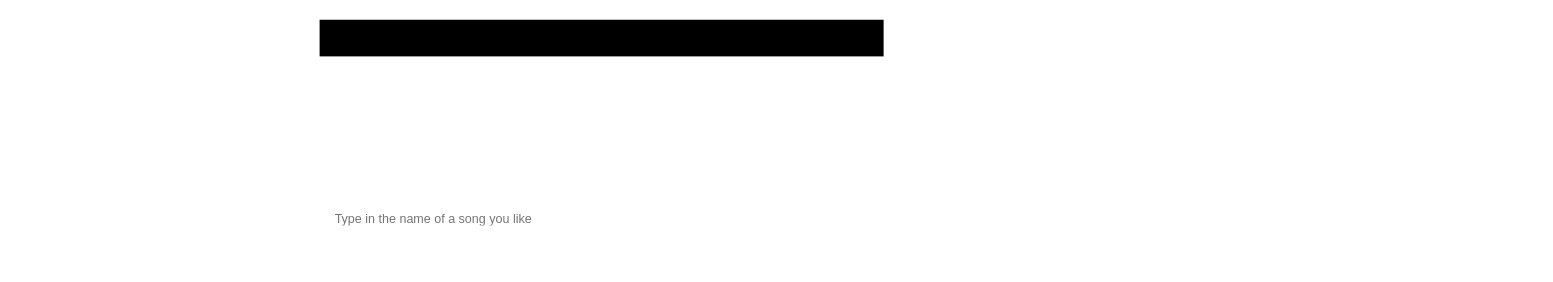
Repository: hideodaikoku/placy-jr
Page: /
An editor plug-in stored every save of this project. The page is shown before and after a run of saves, followed by the edit.
The browser window is 1280 px wide. The page is 1652 px wide, then 1312 px, so the pictures cover 1652 px, including what lies to the right of the window. The pictures show the whole page, at 94% of full size.
The project was rebuilt for these pictures with package versions that can differ from the ones it lists, and the page was loaded fresh each time.

Above is the page before, as saved 2020-03-02 02:57:05.

After the next 2 saves:
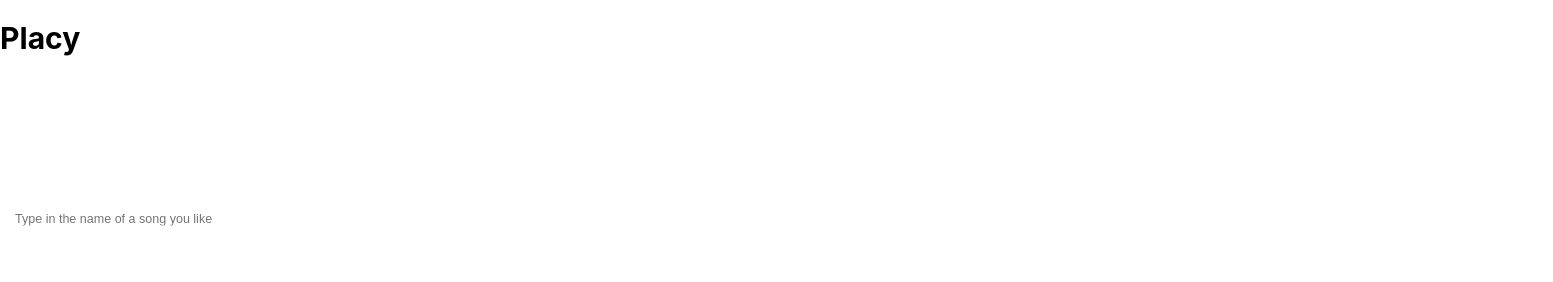
The 2 saves are shown as one change because 1 did not build or start.
The last was saved 5 min 1 s later.
--- a/src/components/App.js
+++ b/src/components/App.js
@@ -1,6 +1,6 @@
 import React, {Component} from "react";
 import SearchBar from "./SearchBar";
-import AppStyles from "../styles/app.module.css";
+import "../styles/app.module.css";
 
 export default class App extends Component {
 
@@ -22,11 +22,11 @@
     render(){
         return(
             <div
-                className = {AppStyles.container}
+                className = "container"
             >
                 <h1>Placy</h1>
                 <SearchBar
-                 className = {AppStyles.searchBar}
+                 className = "searchBar"
                  handleInputChange = {this._handleInputChange}
                  query = {this.state.query}
                 ></SearchBar>
